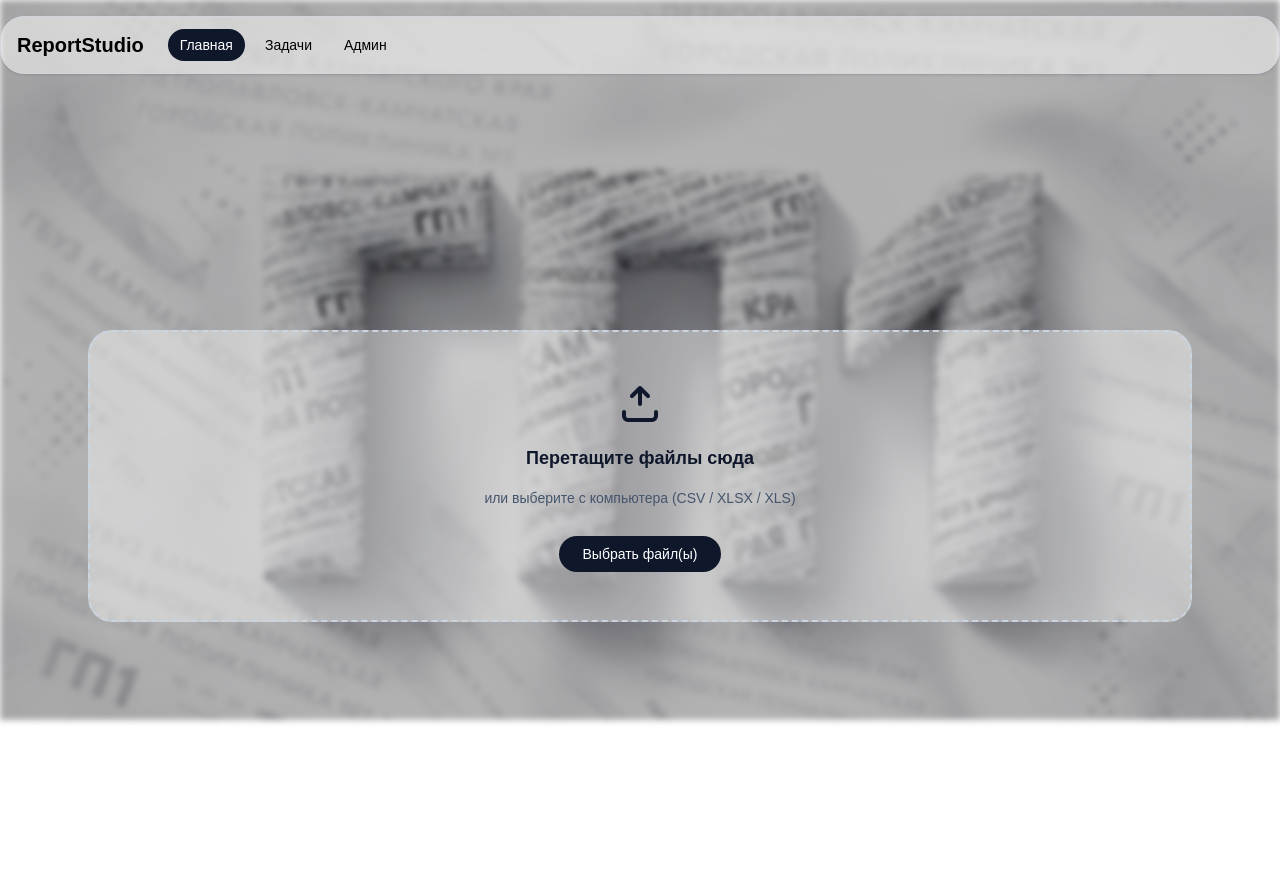
Repository: vladzap2423/report_studio_v2
Page: /
These files come from the project's save history. The page is drawn as it stood at one moment and after the next save; the edit follows.
The browser window is 1280 px wide. The pictures show the whole page.
An inner scrolling area shows only its first screen. The project was rebuilt for these pictures with package versions that can differ from the ones it lists, and the page was loaded fresh each time. The framework's server and built-in components were replaced by stand-ins that run in the browser. Also part of the build but not shown: next.config.ts, src/app/components/AppToastViewport.tsx, src/app/components/ScriptsList.tsx.

Above is the page before, as saved 2026-04-04 18:31:52.

After the next save:
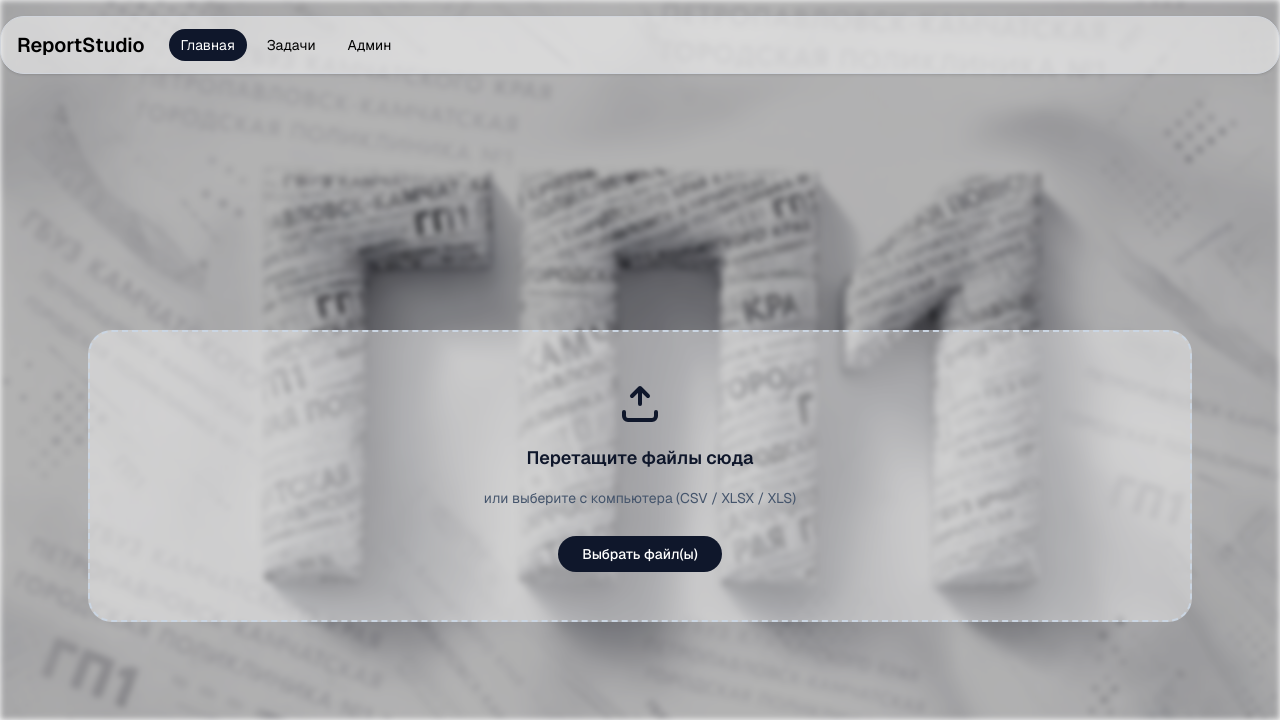
Saved 19 s later.
--- a/src/app/globals.css
+++ b/src/app/globals.css
@@ -3,6 +3,11 @@
 :root {
   --background: #ffffff;
   --foreground: #171717;
+  --app-max-width: 1400px;
+  --app-main-max-width: 1680px;
+  --app-gutter: 16px;
+  --app-header-py: 12px;
+  --app-content-py: 12px;
   color-scheme: light;
 }
 
@@ -13,25 +18,69 @@
   --font-mono: var(--font-geist-mono);
 }
 
+html,
 body {
+  height: 100%;
+}
+
+body {
+  margin: 0;
   background: var(--background);
   color: var(--foreground);
-  font-family: Arial, Helvetica, sans-serif;
-  position: relative; /* важно для ::before */
-  min-height: 100vh;
+  font-family: var(--font-geist-sans), "Segoe UI", sans-serif;
+  position: relative;
+  overflow: hidden;
 }
 
 body::before {
   content: "";
   position: fixed;
-  top: 0;
-  left: 0;
-  width: 100%;
-  height: 100%;
+  inset: 0;
   background-image: url("/fon.png");
   background-size: cover;
   background-position: center;
   background-repeat: no-repeat;
   filter: blur(3px) brightness(0.7);
-  z-index: -1; /* чтобы контент был поверх фона */
+  z-index: -1;
 }
+
+.app-shell {
+  height: 100dvh;
+  display: flex;
+  flex-direction: column;
+  overflow: hidden;
+}
+
+.app-frame {
+  width: min(var(--app-max-width), calc(100% - (var(--app-gutter) * 2)));
+  margin-inline: auto;
+}
+
+.app-main-frame {
+  width: min(var(--app-main-max-width), calc(100% - (var(--app-gutter) * 2)));
+  margin-inline: auto;
+}
+
+.app-header {
+  flex: 0 0 auto;
+  padding-block: var(--app-header-py);
+}
+
+.app-main-slot {
+  flex: 1 1 auto;
+  min-height: 0;
+  padding-bottom: var(--app-content-py);
+}
+
+.app-page {
+  height: 100%;
+  overflow: auto;
+}
+
+@media (min-width: 1024px) {
+  :root {
+    --app-gutter: 20px;
+    --app-header-py: 14px;
+    --app-content-py: 14px;
+  }
+}
